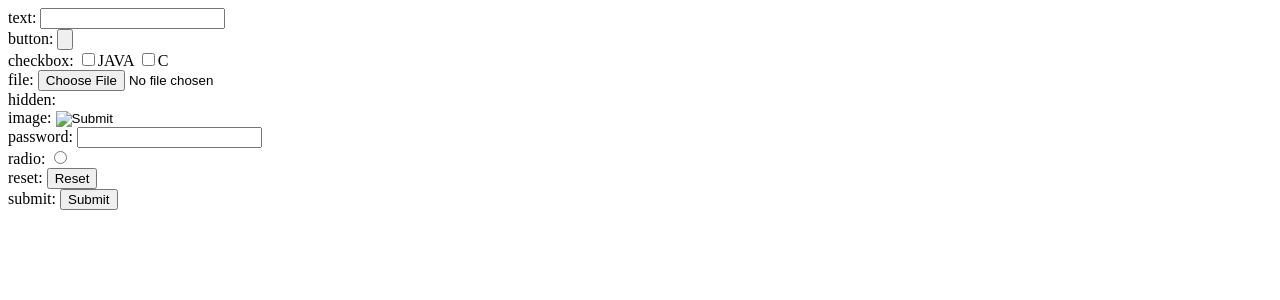
Repository: soso1525/bitcamp
Page: workspace/java-web/src/main/webapp/ch2/2-38.html
An editor plug-in stored every save of this project. The page is shown before and after the next save, followed by the edit.
The browser window is 1280 px wide. The pictures show the whole page.

Above is the page before, as saved 2017-12-12 07:07:43.

After the next save:
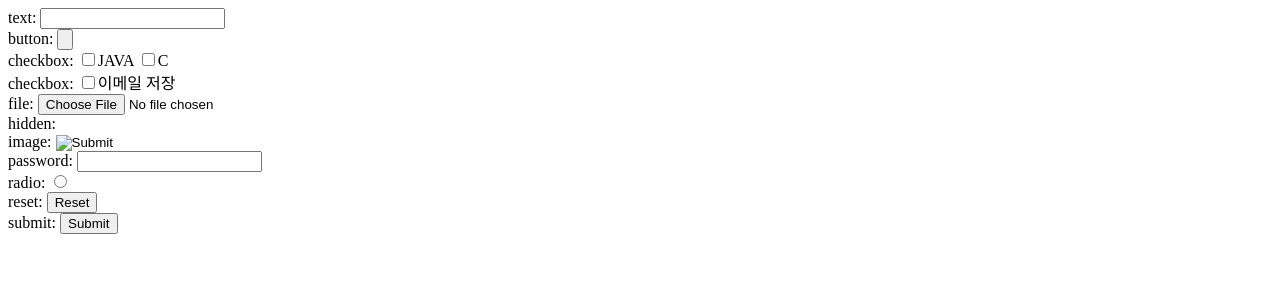
Saved 96 s later.
--- a/workspace/java-web/src/main/webapp/ch2/2-38.html
+++ b/workspace/java-web/src/main/webapp/ch2/2-38.html
@@ -8,7 +8,8 @@
         text: <input type="text" /><br />
         button: <input type="button" /><br />
         checkbox: <input type="checkbox" name="lang" value="java"/>JAVA
-        <input type="checkbox" name="lang" value="c" />C<br />
+                  <input type="checkbox" name="lang" value="c" />C<br/>
+        checkbox: <input type="checkbox" name="saveEmail" />이메일 저장<br/>
         file: <input type="file" /><br />
         hidden: <input type="hidden" value="aa"/><br />
         image: <input type="image" /><br />
